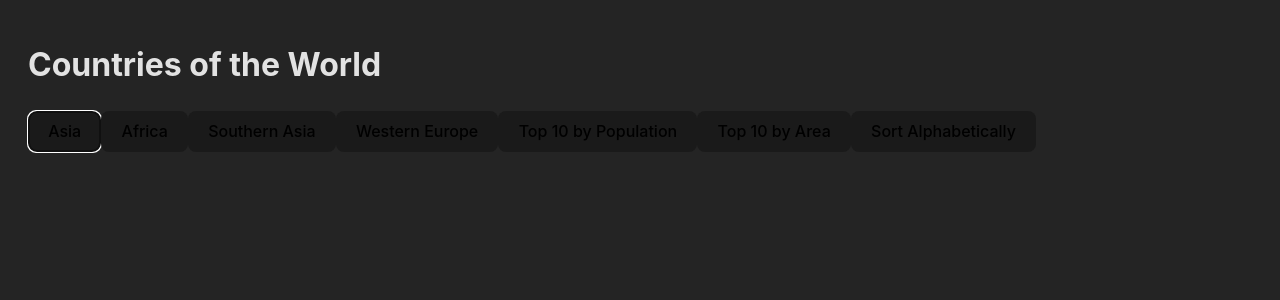
Repository: SandyLy453/comp-lab10
Page: /
The author's editor kept a copy of each file at every save. The page is drawn from the files as they stood at one save, then again after the next save.
The browser window is 1280 px wide. The pictures show the whole page.
The first visible `button` has the focus.
The page's requests for data from a server got no answer. The project was rebuilt for these pictures with package versions that can differ from the ones it lists, and the page was loaded fresh each time. No one was signed in, and anything a server would have sent is missing. Also part of the build but not shown: vite.config.js, src/components/Contry.jsx.

Above is the page before, as saved 2024-11-14 22:44:14.

### src/index.css
:root {
  font-family: Inter, system-ui, Avenir, Helvetica, Arial, sans-serif;
  line-height: 1.5;
  font-weight: 400;

  color-scheme: light dark;
  color: rgba(255, 255, 255, 0.87);
  background-color: #242424;

  font-synthesis: none;
  text-rendering: optimizeLegibility;
  -webkit-font-smoothing: antialiased;
  -moz-osx-font-smoothing: grayscale;
  padding: 20px;
}

button {
  border-radius: 8px;
  border: 1px solid transparent;
  padding: 0.6em 1.2em;
  font-size: 1em;
  font-weight: 500;
  font-family: inherit;
  background-color: #1a1a1a;
  cursor: pointer;
  transition: border-color 0.25s;
}
button:hover {
  border-color: #79ff64;
}
button:focus,
button:focus-visible {
  outline: 4px auto -webkit-focus-ring-color;
}

### src/App.jsx
import { useState, useEffect } from 'react'
import Countries from './components/Contries'

function App() {
  const [countries, setCountries] = useState([]);
  const [filteredCountries, setFilteredCountries] = useState([]);
  const [filter, setFilter] = useState({ continent: "", subregion: "" });
  const [sortType, setSortType] = useState("");

  useEffect(() => {
    // Fetch data from the Rest Countries API
    const fetchData = async () => {
      const response = await fetch("https://restcountries.com/v3.1/all");
      const data = await response.json();
      setCountries(data);
      setFilteredCountries(data); // Initialize with all countries
    };

    fetchData();
  }, []);

  const handleFilter = (type, value) => {
    let updatedCountries = [...countries];

    if (type === "continent") {
      setFilter({ continent: value, subregion: "" });
      updatedCountries = updatedCountries.filter(
        (country) => country.continents[0] === value
      );
    } else if (type === "subregion") {
      setFilter({ continent: "", subregion: value });
      updatedCountries = updatedCountries.filter(
        (country) => country.subregion === value
      );
    }

    setFilteredCountries(updatedCountries);
  };

  const handleTop10 = (criteria) => {
    const sortedCountries = [...filteredCountries].sort((a, b) =>
      criteria === "population"
        ? b.population - a.population
        : b.area - a.area
    );
    setFilteredCountries(sortedCountries.slice(0, 10));
  };

  const handleSort = () => {
    const sortedCountries = [...filteredCountries].sort((a, b) =>
      a.name.common.localeCompare(b.name.common)
    );
    setFilteredCountries(sortedCountries);
  };

  return (
    <>
      <div className="container">
        <h1>Countries of the World</h1>
        <div>
          <button onClick={() => handleFilter("continent", "Asia")}>Asia</button>
          <button onClick={() => handleFilter("continent", "Africa")}>Africa</button>
          <button onClick={() => handleFilter("subregion", "Southern Asia")}>Southern Asia</button>
          <button onClick={() => handleFilter("subregion", "Western Europe")}>Western Europe</button>
          <button onClick={() => handleTop10("population")}>Top 10 by Population</button>
          <button onClick={() => handleTop10("area")}>Top 10 by Area</button>
          <button onClick={handleSort}>Sort Alphabetically</button>
        </div>
        <Countries countries={filteredCountries} />
      </div>
    </>
  )
}

export default App

### src/components/Contries.jsx
import React from "react";
import Country from "./Contry";

export default function Countries ({ countries }) {
  return (
    <div>
      {countries.map((country, index) => (
        <Country key={index} country={country} />
      ))}
    </div>
  );
};

Loaded but not shown: index.html (common file); src/main.jsx (common file)

After the next save:
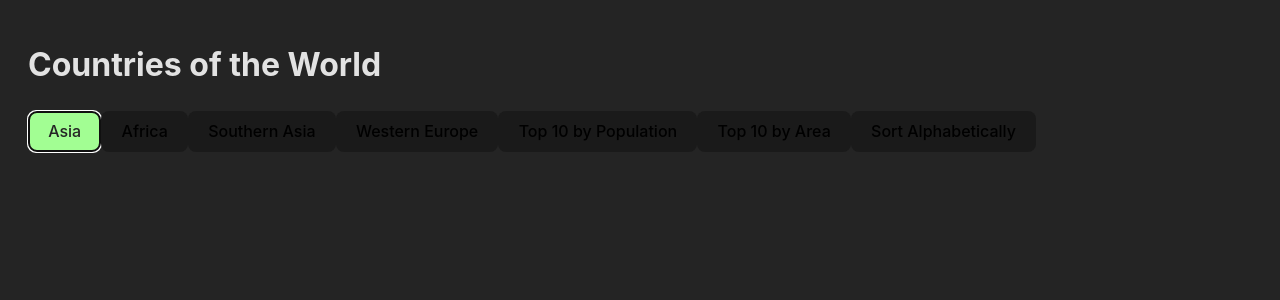
Saved 81 s later.
--- a/src/index.css
+++ b/src/index.css
@@ -30,5 +30,7 @@ button:hover {
 }
 button:focus,
 button:focus-visible {
-  outline: 4px auto -webkit-focus-ring-color;
+  border-color: #79ff64;
+  background-color: #a2fe93;
+  color: #242424;
 }
